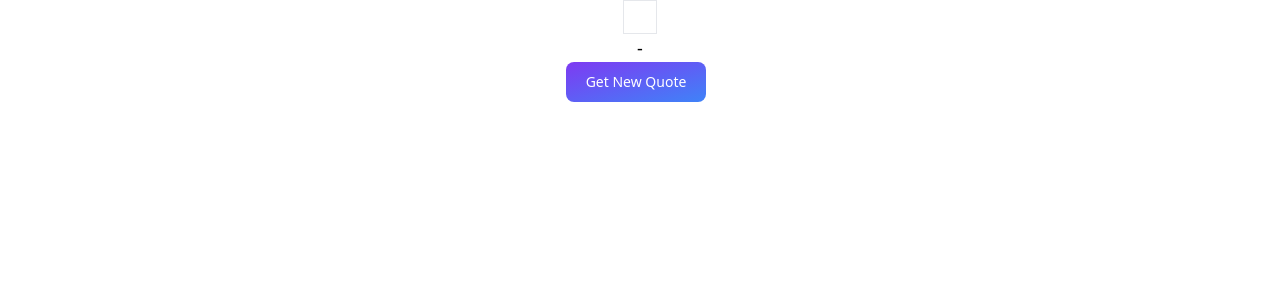
Repository: sodmaq/Todo-App
Page: /quote
An editor plug-in stored every save of this project. The page is shown before and after the next save, followed by the edit.
The browser window is 1280 px wide. The pictures show the whole page.
The page's requests for data from a server got no answer. The project was rebuilt for these pictures with package versions that can differ from the ones it lists, and the page was loaded fresh each time. No one was signed in, and anything a server would have sent is missing. Also part of the build but not shown: vite.config.js, src/components/loader.css, src/components/Header.jsx, src/components/TodoInput.jsx, src/components/TodoItem.jsx, src/components/TodoList.jsx, src/Todo.jsx.

Above is the page before, as saved 2024-09-04 22:28:46.

After the next save:
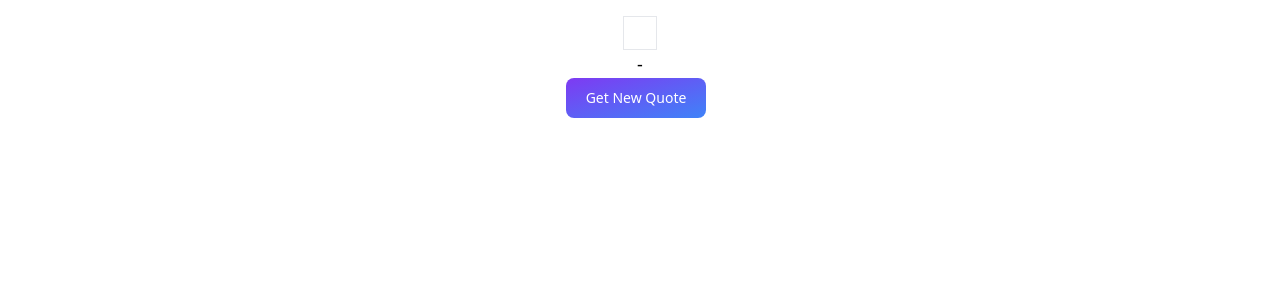
Saved 3 min 5 s later.
--- a/src/components/Quote.jsx
+++ b/src/components/Quote.jsx
@@ -31,8 +31,8 @@
   return (
     <div className="flex flex-col items-center justify-center">
       {isLoading && <Loader />}
-      <div className="text-center ">
-        <h1 className="text-3xl font-bold border p-4">
+      <div className="text-center mt-4 ">
+        <h1 className="text-3xl font-bold border p-4 ">
           {quote.content}{" "}
           <span className="text-2xl font-semibold"> {quote.author}</span>
         </h1>

After the save that followed:
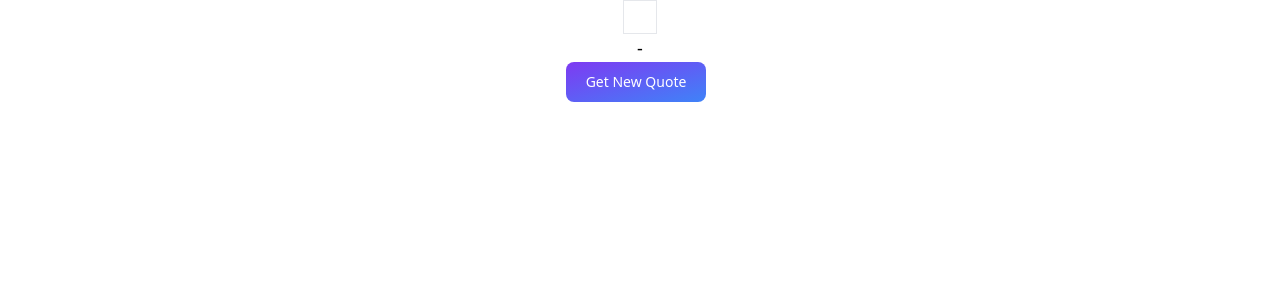
Saved 24 s later.
--- a/src/components/Quote.jsx
+++ b/src/components/Quote.jsx
@@ -31,7 +31,7 @@
   return (
     <div className="flex flex-col items-center justify-center">
       {isLoading && <Loader />}
-      <div className="text-center mt-4 ">
+      <div className="text-center flex items-center ">
         <h1 className="text-3xl font-bold border p-4 ">
           {quote.content}{" "}
           <span className="text-2xl font-semibold"> {quote.author}</span>
